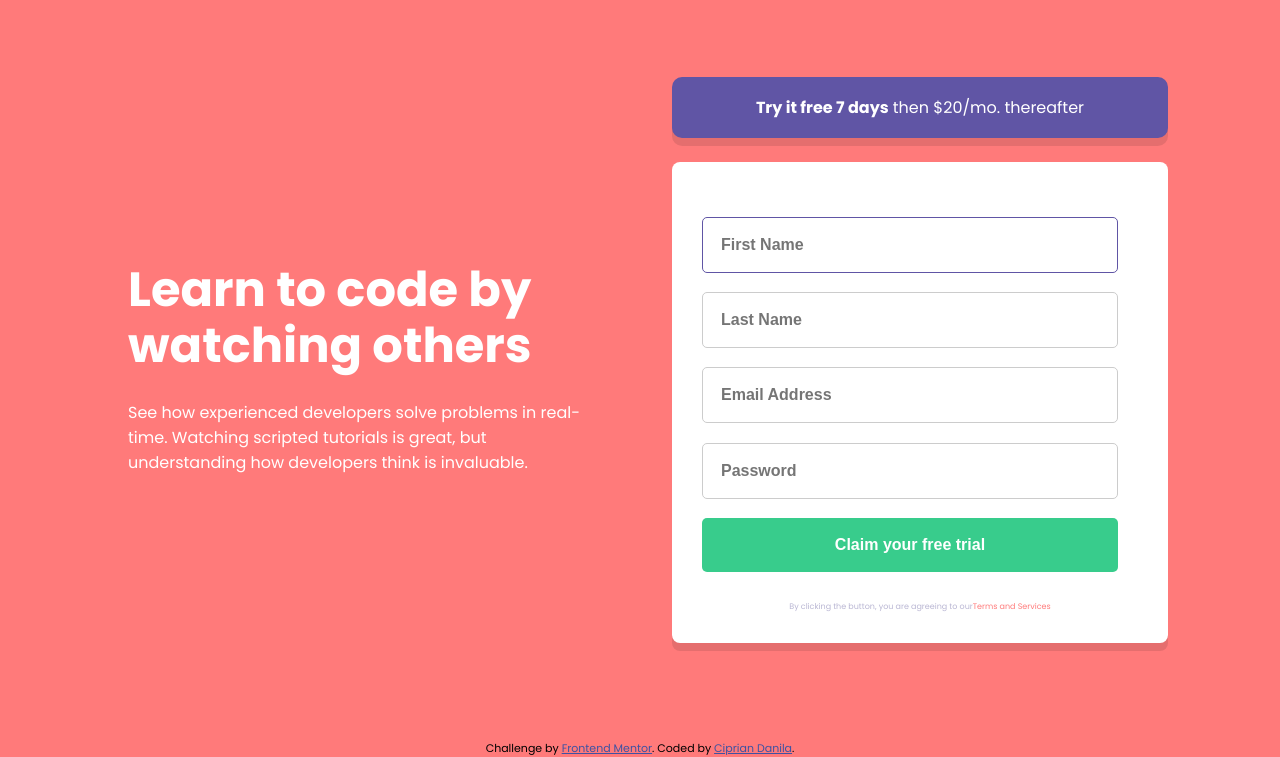
Repository: cipdanila/intro-component-with-sign-up-form
Page: index.html
An editor plug-in stored every save of this project. The page is shown before and after the next save, followed by the edit.
The browser window is 1280 px wide. The pictures show the whole page.
The first visible `input` has the focus.

Above is the page before, as saved 2024-02-14 16:14:18.

### index.html
<!DOCTYPE html>
<html lang="en">
    <head>
        <meta charset="UTF-8" />
        <meta name="viewport" content="width=device-width, initial-scale=1.0" />
        <!-- displays site properly based on user's device -->

        <link rel="icon" type="image/png" sizes="32x32" href="./images/favicon-32x32.png" />
        <link rel="stylesheet" href="styles.css" />
        <title>Frontend Mentor | Intro component with sign up form</title>
    </head>
    <body>
        <main>
            <div class="container">
                <section class="info">
                    <h1 class="learn">Learn to code by watching others</h1>
                    <p>
                        See how experienced developers solve problems in real-time. Watching scripted tutorials is great, but
                        understanding how developers think is invaluable.
                    </p>
                </section>
                <section class="container-form">
                    <h2 class="price"><span class="promo">Try it free 7 days</span> then $20/mo. thereafter</h2>
                    <div class="form">
                        <form action="">
                            <label for="fname"> </label><br />
                            <input type="text" name="fname" id="fname" class="input-field" placeholder="First Name" required />
                            <span class="error-message" id="fname-error">First Name cannot be empty</span>
                            <label for="lname"> </label><br />
                            <input type="text" name="lname" id="lname" placeholder="Last Name" required />
                            <span class="error-message" id="lname-error">Last Name cannot be empty</span>
                            <label for="email"> </label><br />
                            <input type="email" name="email" id="email" placeholder="Email Address" required />
                            <span class="error-message" id="email-error">Looks like this is not an email</span>
                            <span class="error-message" id="email-error2">Email Adress cannot be empty</span>
                            <label for="password"></label>
                            <input type="password" name="password" id="password" placeholder="Password" required />
                            <span class="error-message" id="password-error">Password cannot be empty</span>
                            <input type="button" id="google-login-button" value="Claim your free trial" />
                            <p>By clicking the button, you are agreeing to our <span class="terms">Terms and Services</span></p>
                        </form>
                    </div>
                </section>
            </div>
        </main>

        <footer>
            <div class="attribution">
                Challenge by
                <a
                    href="https://www.frontendmentor.io/challenges/intro-component-with-signup-form-5cf91bd49edda32581d28fd1/hub"
                    target="_blank"
                    rel="noopener noreferer"
                    >Frontend Mentor</a
                >. Coded by <a href="https://github.com/cipdanila" target="_blank" rel="noopener noreferer">Ciprian Danila</a>.
            </div>
        </footer>
    </body>
</html>

### styles.css
@import url("https://fonts.googleapis.com/css2?family=Poppins:wght@400;500;600;700&display=swap");

:root {
    /* Colors */
    /* Primary */
    --red: hsl(0, 100%, 74%);
    --green: hsl(154, 59%, 51%);
    /* Accent */
    --blue: hsl(248, 32%, 49%);
    /* Neutral */
    --dark-blue: hsl(249, 10%, 26%);
    --grayish-blue: hsl(246, 25%, 77%);
    --white: #fff;
    /* Other variables */
    --font-size-base: 1rem; /* 16px */
    --font-weight-base: 400;
}

*,
*::after,
*::before {
    margin: 0;
    padding: 0;
    box-sizing: border-box;
}

body,
html {
    font-family: "Poppins", sans-serif;
    font-size: var(--font-size-base);
    font-weight: var(--font-weight-base);
    background-color: var(--red);
}
main {
    display: flex;
    justify-content: center;
    align-items: center;
    height: 100vh;
    background-color: var(--red);
    background-image: url("./images/bg-intro-desktop.png") no-repeat;
    background-size: cover;
    background-position: center;
    width: 100%;
}

.container {
    display: flex;
    flex-direction: row;
    align-items: center;
    justify-content: center;
    padding: 5rem;
}

section {
    max-width: 100%;
    width: 50%;
    display: flex;
    flex-direction: column;
    align-items: center;
    justify-content: center;
    padding: 2rem;
}

.learn {
    font-size: 3rem;
    font-weight: 700;
    color: #fff;
    line-height: 3.5rem;
    padding: 1rem;
}

.info p {
    color: var(--white);
    padding: 0 1rem;
}

.form {
    background-color: #fff;
    padding: 1.875rem;
    border-radius: 0.5rem;
    box-shadow: rgba(0, 0, 0, 0.1) 0px 0.5rem;
    display: flex;
    flex-direction: column;
    align-items: center;
    justify-content: center;
}

.price {
    width: 100%;
    font-size: 1rem;
    font-weight: 400;
    box-shadow: rgba(0, 0, 0, 0.1) 0px 0.5rem;
    display: flex;
    align-items: center;
    justify-content: center;
    background-color: var(--blue);
    color: #fff;
    padding: 1.125rem;
    border-radius: 0.625rem;
    margin-bottom: 1.5rem;
}

.price span {
    font-weight: 700;
    margin-right: 0.25rem;
}

p {
    margin-top: 10px;
}


input[type="text"],
input[type="email"],
input[type="password"],
input[type="button"] {
    width: calc(100% - 1.25rem);
    padding: 1.125rem;
    margin-bottom: 1.200rem;
    border-radius: 5px;
    border: 1px solid #ccc;
    color: var(--dark-blue);
    font-size: 1rem;
    font-weight: 700;
}

input {
    border-style: none;
    outline: none;
}

input:focus {
    border: 1px solid var(--blue);
    padding-right: 2rem;
}

.input-field {
    border: 1px solid var(--dark-blue);
}

.input-field.input-error {
    border-color: var(--red);
}

.input-field.input-error::after {
    content: "";
    position: absolute;
    top: 50%;
    right: 10px;
    transform: translateY(-50%);
    width: 10px;
    height: 10px;
    background-image: url(./images/icon-error.svg);
    background-size: contain;
    background-color: var(--red);
    border-radius: 50%;
}

.error-message {
    display: none;
    color: var(--red);
    font-size: 12px;
    margin-top: 5px;
}

.error-message.show {
    display: block;
}

input[type="button"] {
    background-color: var(--green);
    color: #fff;
    cursor: pointer;
    border: none;
}

input[type="button"]:hover {
    background-color: hsl(154, 59%, 68%);
    cursor: pointer;
}

form p {
    color: var(--grayish-blue);
    font-size: 0.5rem;
    display: flex;
    align-items: center;
    justify-content: center;
}

.terms {
    color: var(--red);
}

footer {
    margin-top: 20px;
    text-align: center;
}

.attribution {
    font-size: 11px;
    text-align: center;
}

.attribution a {
    color: hsl(228, 45%, 44%);
}

After the next save:
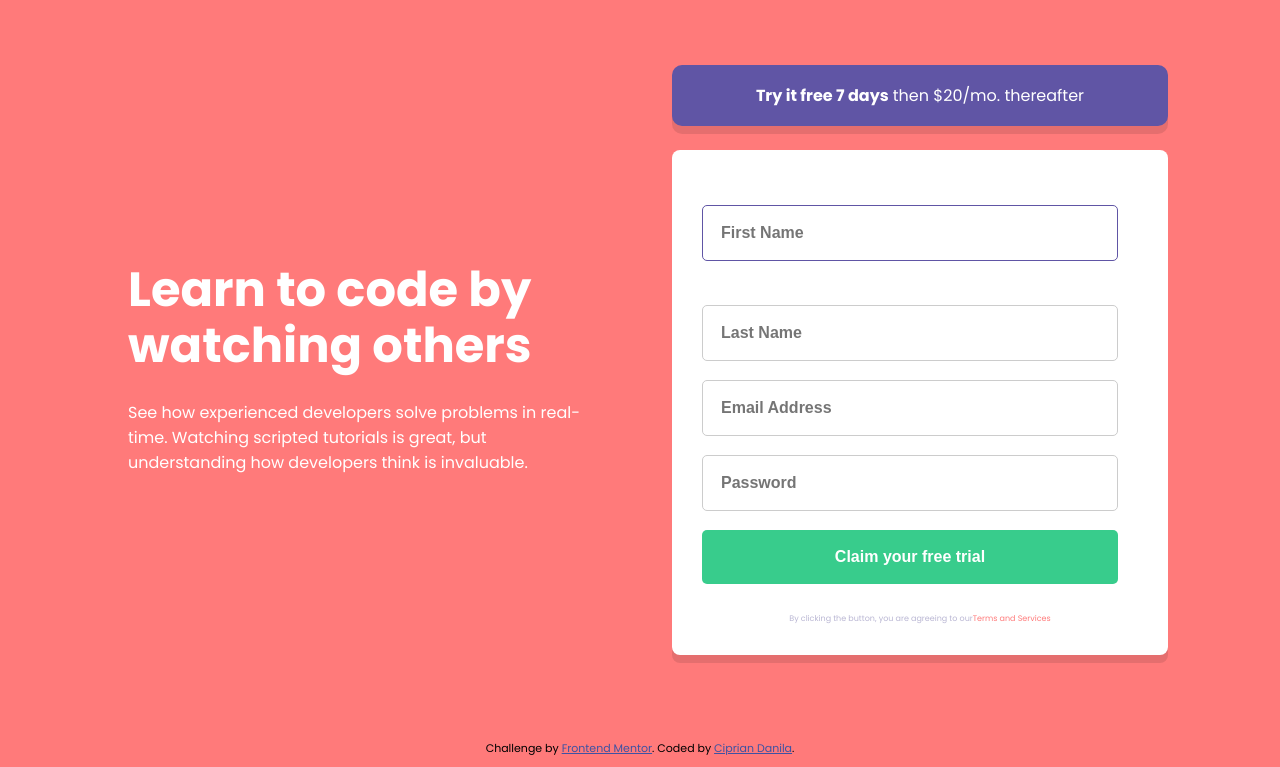
Saved 11 s later.
--- a/styles.css
+++ b/styles.css
@@ -131,7 +131,7 @@
 
 input:focus {
     border: 1px solid var(--blue);
-    padding-right: 2rem;
+    margin-right: 2rem;
 }
 
 .input-field {

After the 2 saves that followed:
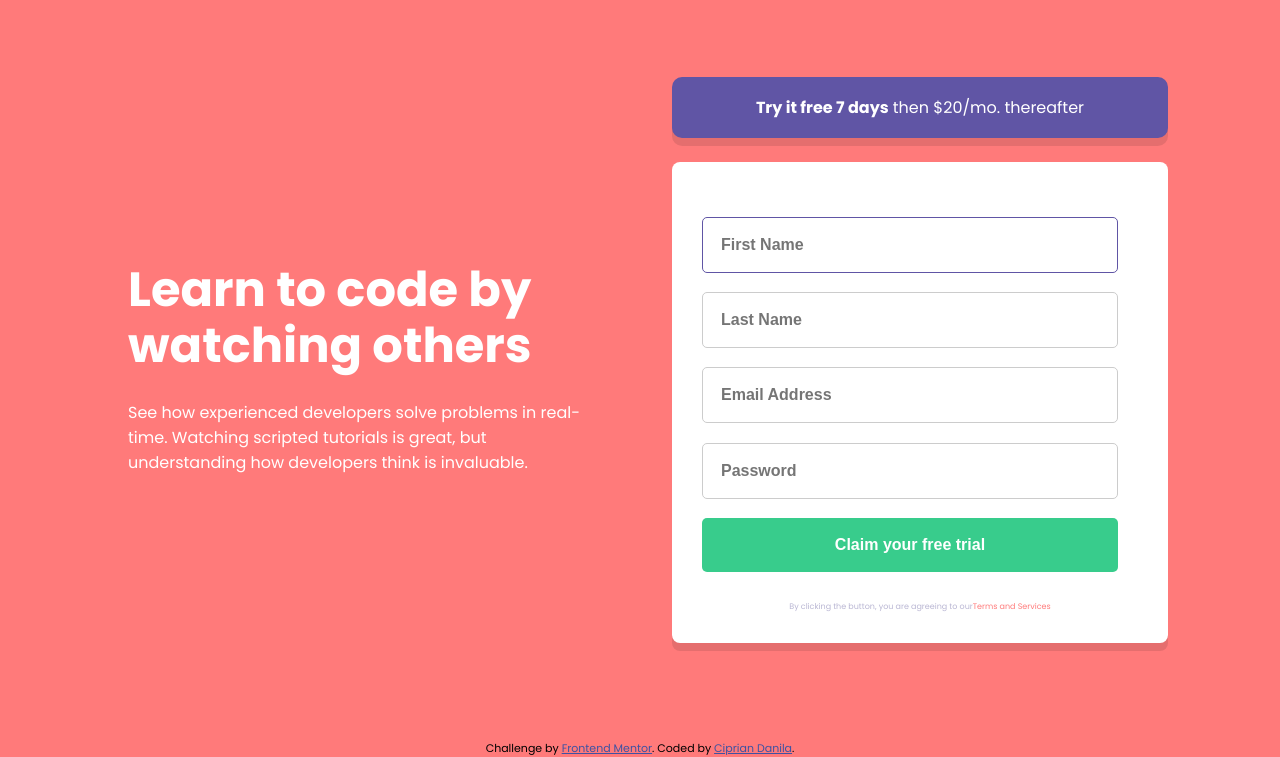
The 2 saves are shown as one change because 1 left the picture as it was.
The last was saved 21 s later.
--- a/styles.css
+++ b/styles.css
@@ -131,7 +131,6 @@
 
 input:focus {
     border: 1px solid var(--blue);
-    margin-right: 2rem;
 }
 
 .input-field {
